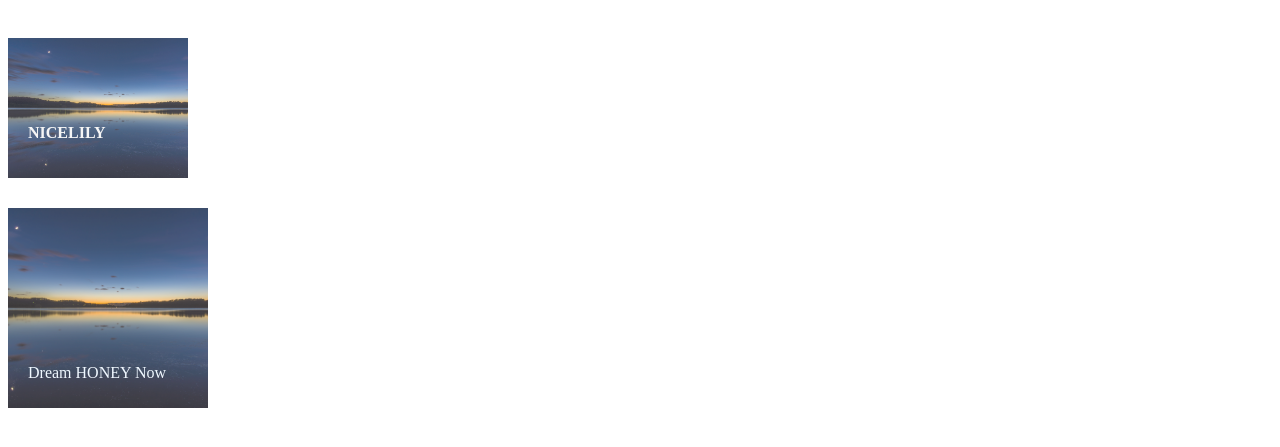
Repository: northpx/animation
Page: index.html
An editor plug-in stored every save of this project. The page is shown before and after the next save, followed by the edit.
The browser window is 1280 px wide. The pictures show the whole page.
The pointer rests on the first visible `.container1`.

Above is the page before, as saved 2022-12-21 18:34:27.

After the next save:
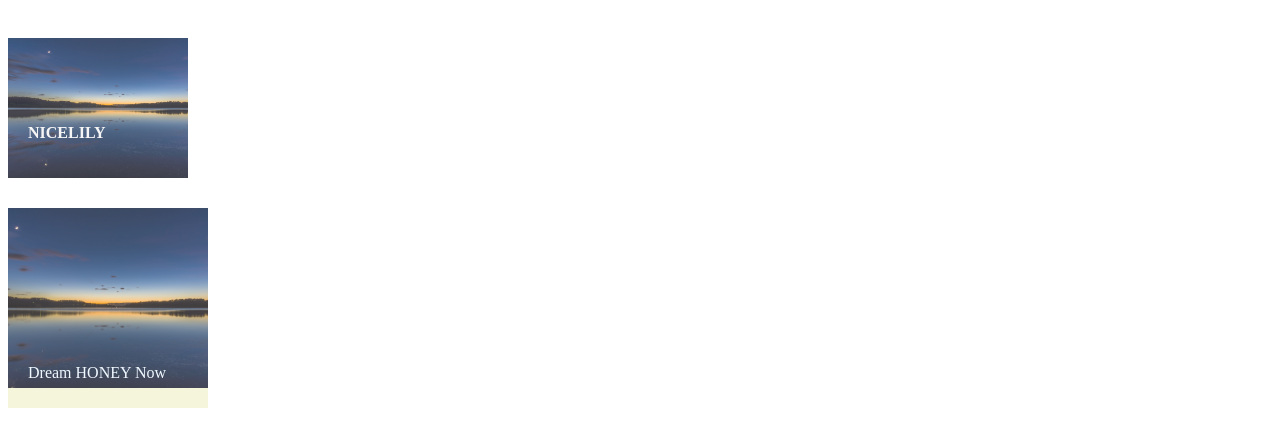
Saved 11 s later.
--- a/style.css
+++ b/style.css
@@ -114,7 +114,7 @@
 
 
 
-.container1:hover .bot::before{
+.container1:hover .bot{
     margin-top: 0;
     height: 20px;
 }
